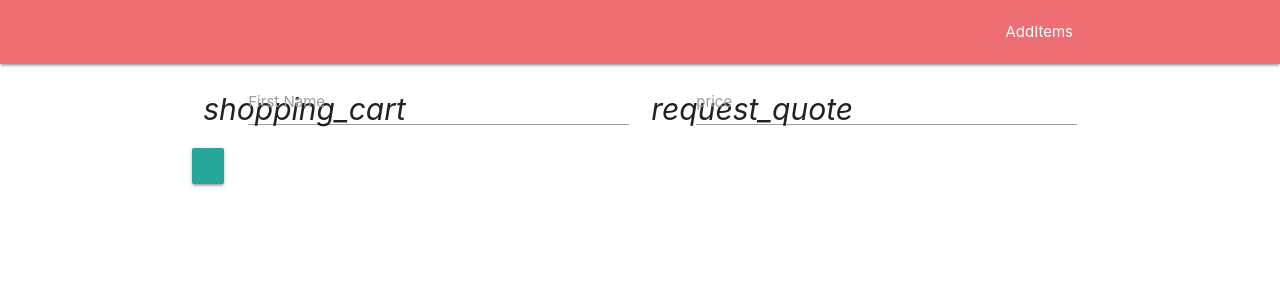
Repository: umarrg/crud-app-ejs-and-nodejs
Page: public/additem.html
The author's editor kept a copy of each file at every save. The page is drawn from the files as they stood at one save, then again after the next save.
The browser window is 1280 px wide. The pictures show the whole page.

Above is the page before, as saved 2020-12-29 11:53:40.

After the next save:
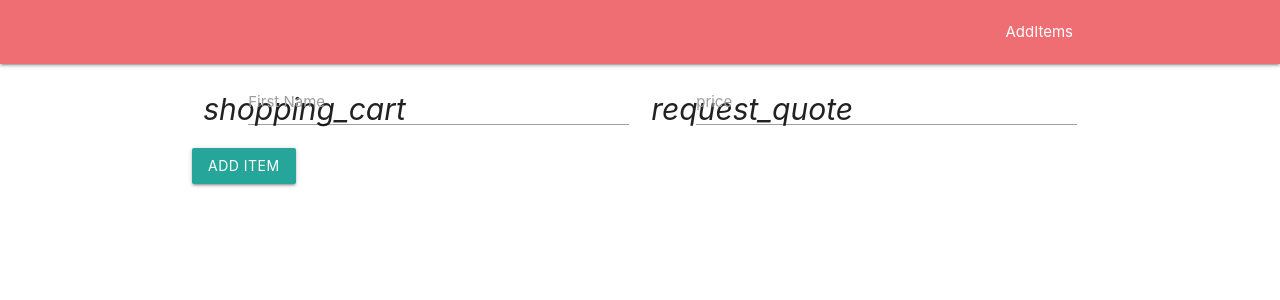
Saved 5 s later.
--- a/public/additem.html
+++ b/public/additem.html
@@ -31,7 +31,7 @@
                   <input id="price" type="tel" class="validate">
                   <label for="icon_telephone">price</label>
                 </div>
-                <button class="btn"></button>
+                <button class="btn">Add item</button>
               </div>
             </form>
           </div>
